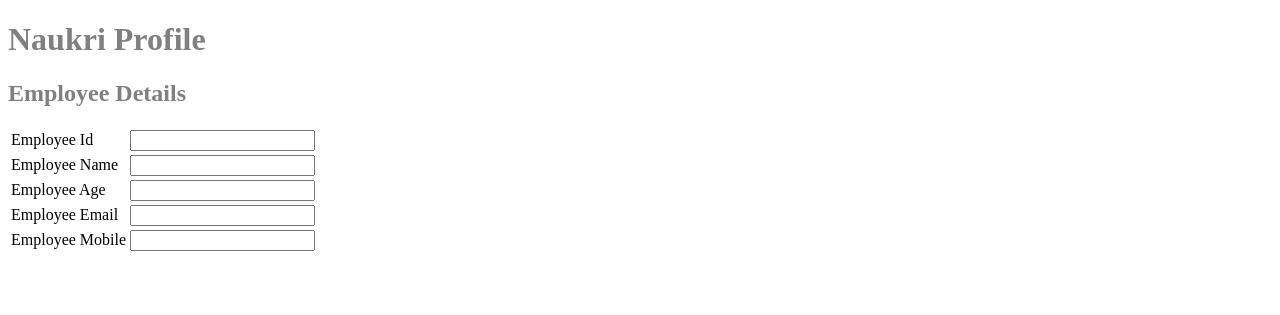
Repository: Ravikumarh6166/my-first-repo
Page: filterapp/src/main/webapp/registrationform.html
An editor plug-in stored every save of this project. The page is shown before and after the next save, followed by the edit.
The browser window is 1280 px wide. The pictures show the whole page.

Above is the page before, as saved 2022-08-30 07:05:17.

After the next save:
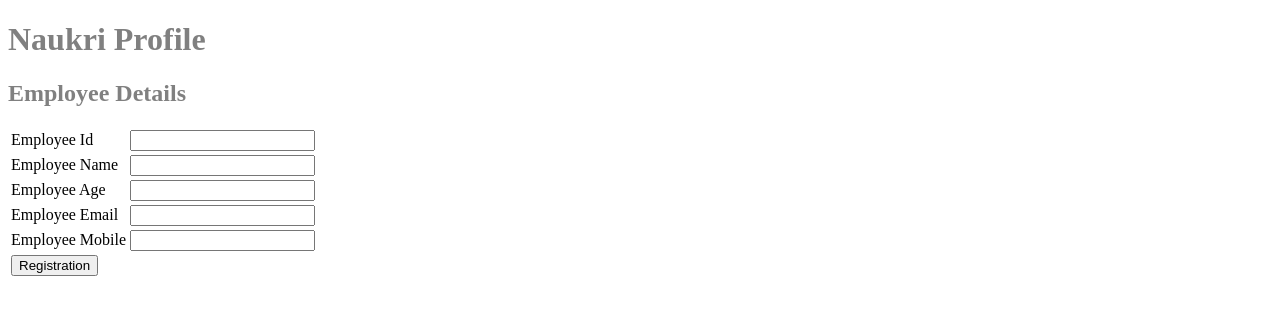
Saved 2 min 19 s later.
--- a/filterapp/src/main/webapp/registrationform.html
+++ b/filterapp/src/main/webapp/registrationform.html
@@ -35,7 +35,10 @@
 <td><input type="text" name="emobile"></td>
 </tr>
 
-
+<tr>
+<td>
+<input type="submit" value="Registration"></td>
+</tr>
 </table>
 </form>
 </body>
